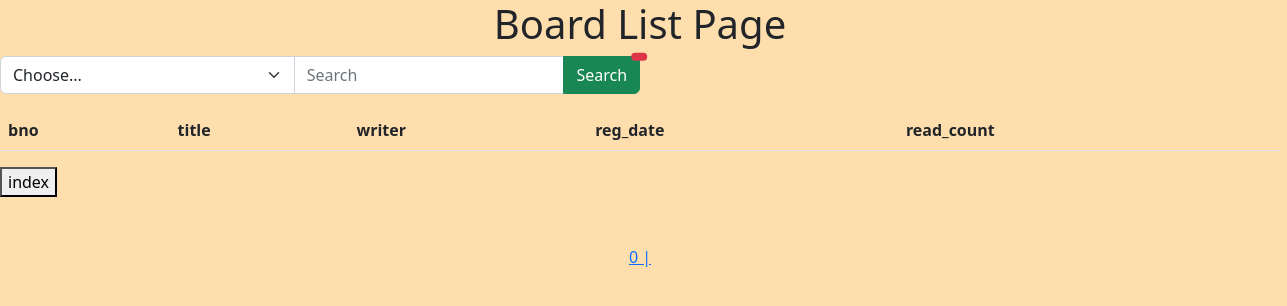
Repository: doridori890130/JSP
Page: http://localhost/jsp_project/board/list.jsp
An editor plug-in stored every save of this project. The page is shown before and after the next save, followed by the edit.
The browser window is 1280 px wide. The page is 1280 px wide, then 1287 px, then 1280 px, so the pictures cover 1287 px, including what lies to the right of the window. The pictures show the whole page.
The page is served by Tomcat 9. The template is opened directly, without the code that normally fills it, so the values that code supplies are empty.

Above is the page before, as saved 2023-06-01 04:50:36.

After the next save:
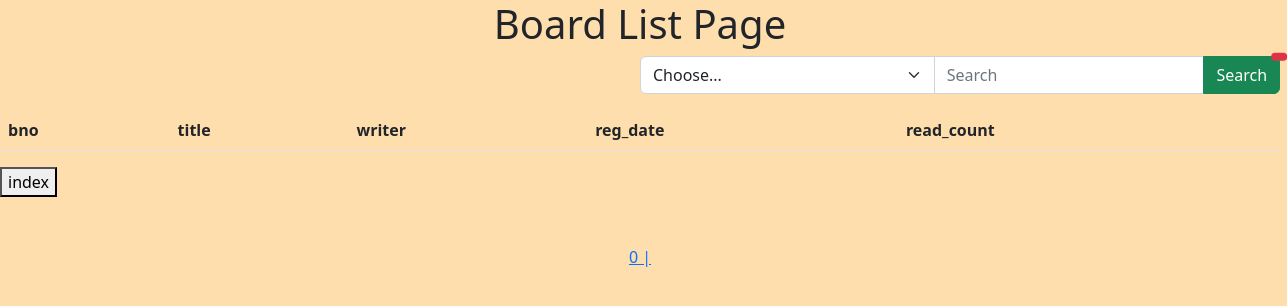
Saved 12 s later.
--- a/jsp_project4/jsp_project/src/main/webapp/board/list.jsp
+++ b/jsp_project4/jsp_project/src/main/webapp/board/list.jsp
@@ -20,7 +20,7 @@
 h1{
 text-align: center;
 }
-.col-sm-12 col-md-6{
+.col-sm-12{
 float: right;
 }
 

After the save that followed:
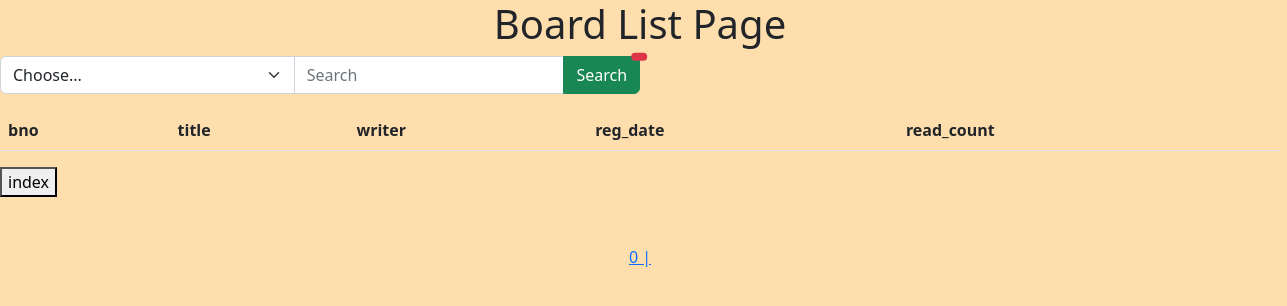
Saved 5 s later.
--- a/jsp_project4/jsp_project/src/main/webapp/board/list.jsp
+++ b/jsp_project4/jsp_project/src/main/webapp/board/list.jsp
@@ -20,9 +20,7 @@
 h1{
 text-align: center;
 }
-.col-sm-12{
-float: right;
-}
+
 
 </style>
 </head>
